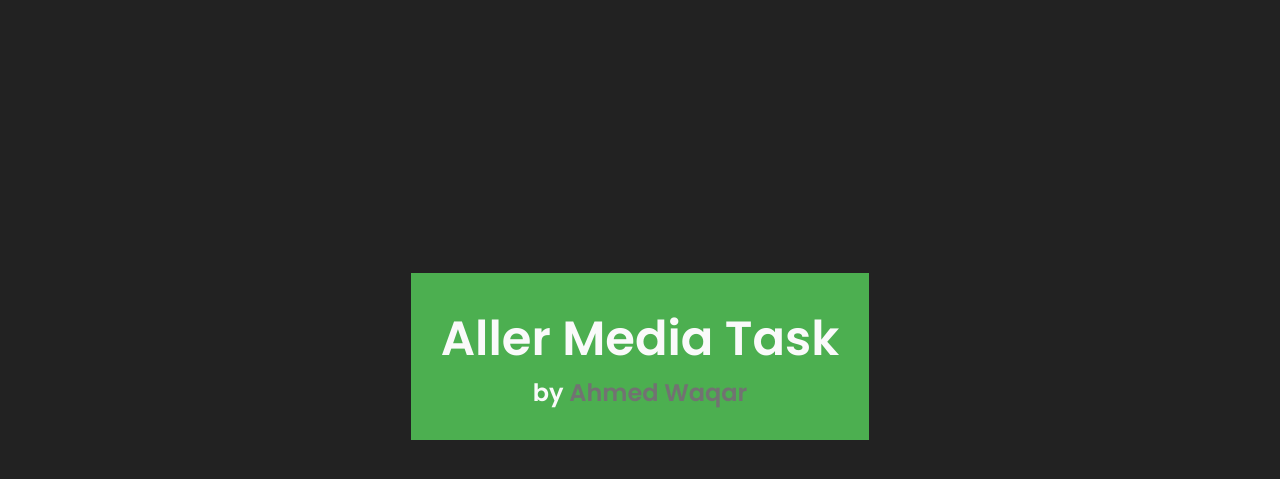
Repository: waqarmalyk/Back-to-front
Page: /
An editor plug-in stored every save of this project. The page is shown before and after the next save, followed by the edit.
The browser window is 1280 px wide. The pictures show the whole page.
The page's requests for data from a server got no answer. The project was rebuilt for these pictures with package versions that can differ from the ones it lists, and the page was loaded fresh each time. No one was signed in, and anything a server would have sent is missing.

Above is the page before, as saved 2022-02-06 16:36:23.

### public/index.html
<!DOCTYPE html>
<html lang="en">
  <head>
    <meta charset="utf-8" />
    <link rel="icon" href="%PUBLIC_URL%/favicon.ico" />
    <meta name="viewport" content="width=device-width, initial-scale=1" />
    <meta name="theme-color" content="#000000" />
    <meta
      name="description"
      content="Web site created using create-react-app"
    />
    <link rel="apple-touch-icon" href="%PUBLIC_URL%/logo192.png" />
     <link
    href="https://fonts.googleapis.com/css2?family=Poppins:ital,wght@0,200;0,400;0,600;1,200;1,400;1,600&display=swap"
    rel="stylesheet">
    <!--
      manifest.json provides metadata used when your web app is installed on a
      user's mobile device or desktop. See https://developers.google.com/web/fundamentals/web-app-manifest/
    -->
    <link rel="manifest" href="%PUBLIC_URL%/manifest.json" />
    <!--
      Notice the use of %PUBLIC_URL% in the tags above.
      It will be replaced with the URL of the `public` folder during the build.
      Only files inside the `public` folder can be referenced from the HTML.

      Unlike "/favicon.ico" or "favicon.ico", "%PUBLIC_URL%/favicon.ico" will
      work correctly both with client-side routing and a non-root public URL.
      Learn how to configure a non-root public URL by running `npm run build`.
    -->
    <title>React App</title>
  </head>
  <body>
    <noscript>You need to enable JavaScript to run this app.</noscript>
    <div id="root"></div>
    <!--
      This HTML file is a template.
      If you open it directly in the browser, you will see an empty page.

      You can add webfonts, meta tags, or analytics to this file.
      The build step will place the bundled scripts into the <body> tag.

      To begin the development, run `npm start` or `yarn start`.
      To create a production bundle, use `npm run build` or `yarn build`.
    -->
  </body>
</html>

### src/App.js
import "./App.css";
import Get from "./components/Get";

function App() {
  return (
    <>
      <header className="title">
        <h1>Aller Media Task </h1>
        <p>
          by <span>Ahmed Waqar</span>
        </p>
      </header>
      <Get />
    </>
  );
}

export default App;

### src/App.css

:root {
  --black: hsl(0, 0%, 1%);
  --varyDarkBlue: hsl(234, 12%, 34%);
  --grayishBlue: hsl(229, 6%, 66%);
  --veryLightGray: hsl(0, 0%, 98%);
  --green: #4CAF50;
  --weight1: 200;
  --weight2: 400;
  --weight3: 600;
}
* {
  margin: 0;
  padding: 0;
  box-sizing: border-box;
}
body {
  font-family: 'Poppins', sans-serif;
  display: flex;
  flex-direction: column;
  justify-content: center;
  align-items: center;
  min-height: 100vh;
  font-size: 1.5rem;
  background-color: #222;
}
.heading{
  font-size: 18px;
}

.title {
text-align: center;
font-weight: var(--weight3);
padding: 30px;
background-color:var(--green);
color: var(--veryLightGray);
margin-bottom: 0.5rem;

}
span{
  color:rgb(114, 114, 114);
}
span:hover{
  color:var(--varyDarkBlue) ;
}
.card {
  display: flex;
  flex-wrap: wrap;
  justify-content:space-evenly;
  padding: .5rem;
}

button{
  background-color: var(--green);
  border: none;
  color: white;
  padding: 15px 32px;
  text-align: center;
  text-decoration: none;
  display: inline-block;
  font-size: 16px;
  border-radius: 2rem;
}
.details{
  display: flex;
  flex-direction: column;
  justify-content:space-between;
  padding: 2rem 1rem;
  background: var(--black);
  position: relative;
  align-items:flex-start;
  box-shadow: 0px 7px 10px rbga(0,0,0,0.5);
  transition: 0.5s ease-in-out;
  color: var(--veryLightGray);
  overflow: hidden;
  padding-left: 1rem;
}
/* Grid Classes */
.col-1{
  width: 8.33%;
}
.col-2 {
  width: 16.66%;
}
.col-3 {
  width: 24.99%;
}
.col-4 {
  width: 33.33%;
}
.col-5 {
  width: 41.66%;
}
.col-6 {
  width: 50%;
}
.col-7 {
  width: 58.33%;
}
.col-8 {
  width: 66.66%;
}
.col-9 {
  width: 74.99%;
}
.col-10 {
  width: 83.33%;
}
.col-11 {
  width: 91.66%;
}
.col-12 {
  width: 100%;
}


.form__group {
  position: relative;
  padding: 15px 0 0;
  margin-top: 10px;
}

.form__field {
  font-family: inherit;
  width: 100%;
  border: 0;
  border-bottom: 2px solid #9b9b9b;
  outline: 0;
  font-size: 1.3rem;
  color: #fff;
  padding: 7px 0;
  background: transparent;
  transition: border-color 0.2s;
}

.form__field::placeholder {
  color: transparent;
}

.form__field:placeholder-shown~.form__label {
  font-size: 1.3rem;
  cursor: text;
  top: 20px;
}

.form__label {
  position: absolute;
  top: 0;
  display: block;
  transition: 0.2s;
  font-size: 1rem;
  color: #9b9b9b;
}

.form__field:focus {
  padding-bottom: 6px;
  font-weight: 700;
  border-width: 3px;
  border-image: linear-gradient(to right, #11998e, #38ef7d);
  border-image-slice: 1;
}

.form__field:focus~.form__label {
  position: absolute;
  top: 0;
  display: block;
  transition: 0.2s;
  font-size: 1rem;
  color: #11998e;
  font-weight: 700;
}

/* reset input */
.form__field:required,
.form__field:invalid {
  box-shadow: none;
}

### src/components/Get.js
import React, { useState, useEffect, useRef } from "react";
import axios from "axios";

function Get() {
  const ref = useRef(null);

  const [data, setData] = useState([]);
  const [singleWidth, setSingleWidth] = useState(null);
  const [title, setTitle] = useState("");

  useEffect(() => {
    setSingleWidth(ref.current.offsetWidth / 12);
    axios
      .get("https://storage.googleapis.com/aller-structure-task/test_data.json")
      .then((res) => {
        setData(res.data[0]);
      })
      .catch((err) => {
        console.log(err);
      });
  }, []);

  return (
    <div className="wrapper " ref={ref}>
      {console.log(singleWidth, data)}
      {data.length > 0 &&
        !!singleWidth &&
        data.map((row, rowIndex) => (
          <div className="card" key={rowIndex}>
            {row.columns.map((column, columnIndex) => (
              <div className={"details col-" + column.width} key={columnIndex}>
                <img
                  className="img"
                  src={
                    column.imageUrl +
                    "&width=" +
                    singleWidth * column.width +
                    "&height="
                  }
                  alt={column.title}
                />
                <div>
                  <h2 className="heading">
                    {column.title + " - " + column.width}
                  </h2>
                  <button>Edit</button>
                  <div class="form__group field">
                    <input
                      type="input"
                      class="form__field"
                      placeholder="Name"
                      name="name"
                      id="name"
                      value={title}
                      onChange={(e) => {
                        setTitle(e.target.value);
                      }}
                    />
                    <label for="name" class="form__label">
                      New Title
                    </label>
                  </div>
                </div>
              </div>
            ))}
          </div>
        ))}
    </div>
  );
}

export default Get;

Loaded but not shown: src/index.js (common file)

After the next save:
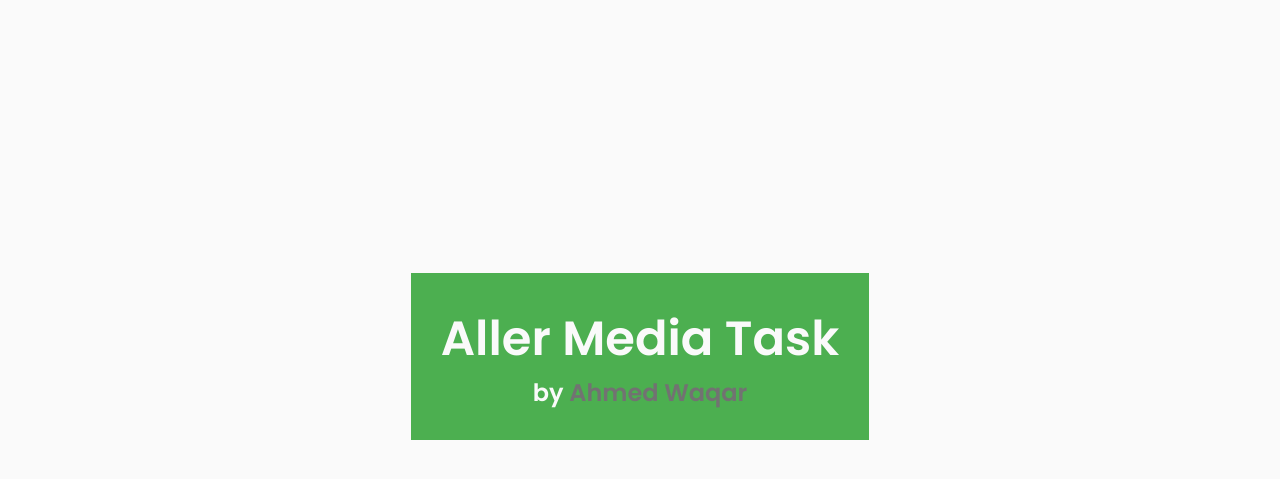
Saved 43 s later.
--- a/src/App.css
+++ b/src/App.css
@@ -22,7 +22,7 @@
   align-items: center;
   min-height: 100vh;
   font-size: 1.5rem;
-  background-color: #222;
+  background-color:var(--veryLightGray);
 }
 .heading{
   font-size: 18px;
